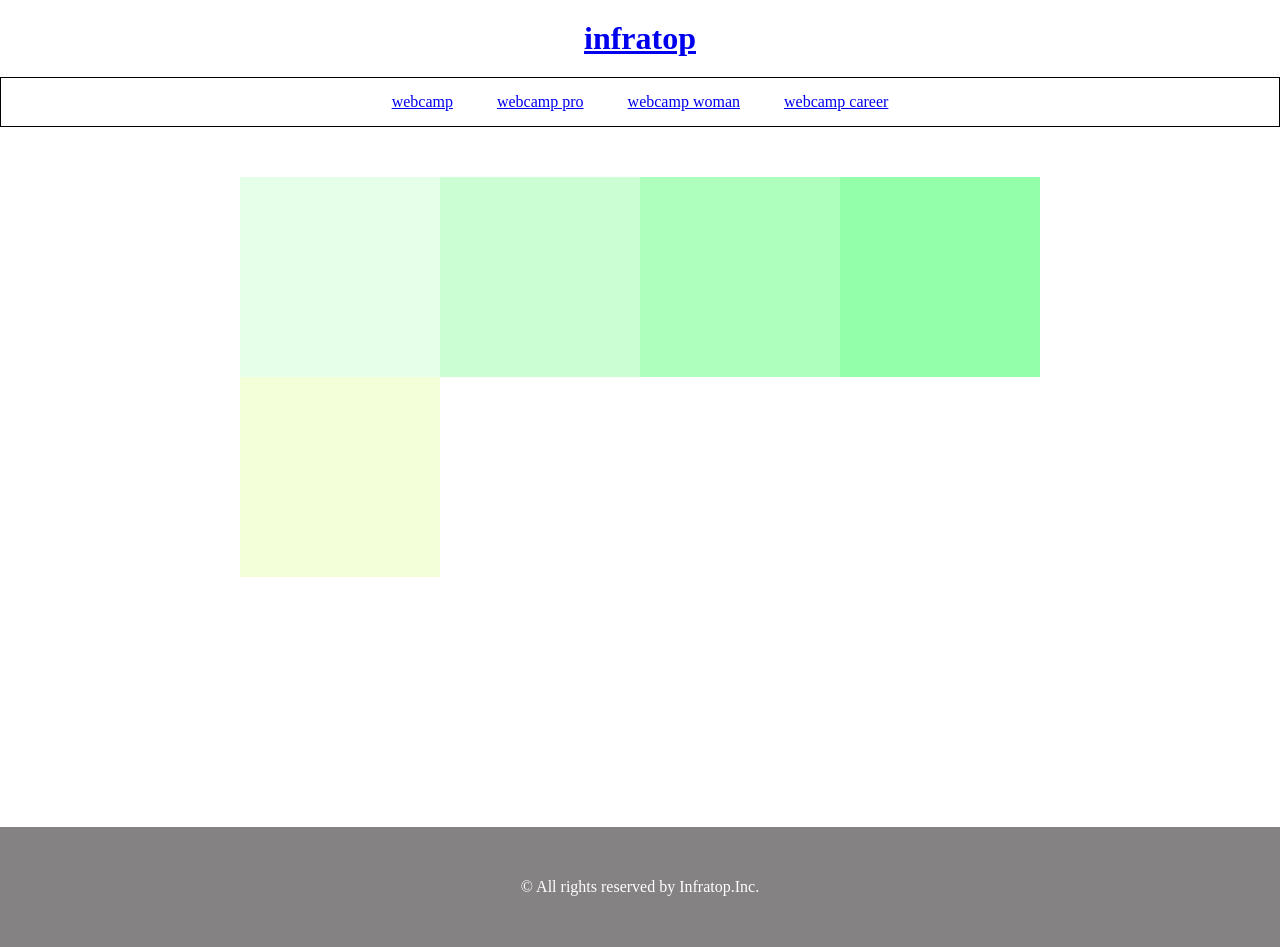
Repository: menyuu/test-html-CSS-practice
Page: exercise/chapter5_exercise.html
The author's editor kept a record of every edit. The page is drawn from the files as they stood at one moment, then again after the next edit.
The browser window is 1280 px wide. The pictures show the whole page.

Above is the page before.

### exercise/chapter5_exercise.html
<!DOCTYPE html>
<html lang="ja">
<head>
  <meta charset="UTF-8">
  <title>Document</title>
  <link rel="stylesheet" href="style5.css" type="text/css" />
</head>
<body>
  <header class="header-logo">
    <h1>
      <a href="#">infratop</a>
    </h1>
  </header>

  <nav>
    <ul class="list-items">
      <li class="list-item">
        <a href="#">webcamp</a>
      </li>
      <li class="list-item">
        <a href="#">webcamp pro</a>
      </li>
      <li class="list-item">
        <a href="#">webcamp woman</a>
      </li>
      <li class="list-item">
        <a href="#">webcamp career</a>
      </li>
    </ul>
  </nav>

  <main>
    <div class="main-content">
      <div class="main-box item1"></div>
      <div class="main-box item2"></div>
      <div class="main-box item3"></div>
      <div class="main-box item4"></div>
      <div class="main-box item5"></div>
      <div class="main-box item6"></div>
      <div class="main-box item7"></div>
      <div class="main-box item8"></div>
      <div class="main-box item9"></div>
      <div class="main-box item10"></div>
      <div class="main-box item11"></div>
      <div class="main-box item12"></div>
    </div>
  </main>

  <footer>
    <p class="footer-text">© All rights reserved by Infratop.Inc.</p>
  </footer>
</body>
</html>

### exercise/style5.css
* {
  margin: 0;
  padding: 0;
  box-sizing: border-box;
}

header {
  margin: 20px 0;
  text-align: center;
}

nav {
  width: 100%;
}

.list-items {
  text-align: center;
  border: 1px solid black;
}

.list-item {
  display: inline-block;
  margin: 15px 20px;
}

main {
  margin: 50px 0;
}

.main-content {
  width: 800px;
  text-align: center;
  display: flex;
  justify-content: center;
  flex-wrap: wrap;
  margin: 0 auto;
}

.main-box {
  width: 200px;
  height: 200px;
}

.item1 {
  background-color: #e6ffe9;
}

.item2 {
  background-color: #cbffd3;
}

.item3 {
  background-color: #aeffbd;
}

.item4 {
  background-color: #93ffab;
}
.item5 {
  background-color: #f3ffd8;
}
.item {
  background-color: ;
}
.item {
  background-color: ;
}
.item {
  background-color: ;
}
.item {
  background-color: ;
}
.item {
  background-color: ;
}
.item {
  background-color: ;
}
.item {
  background-color: ;
}

footer {
 width: 100%;
 height: 120px;
 text-align: center;
 line-height: 120px;
 background-color: #848282;
}

.footer-text {
 color: #fff;
}

After the next edit:
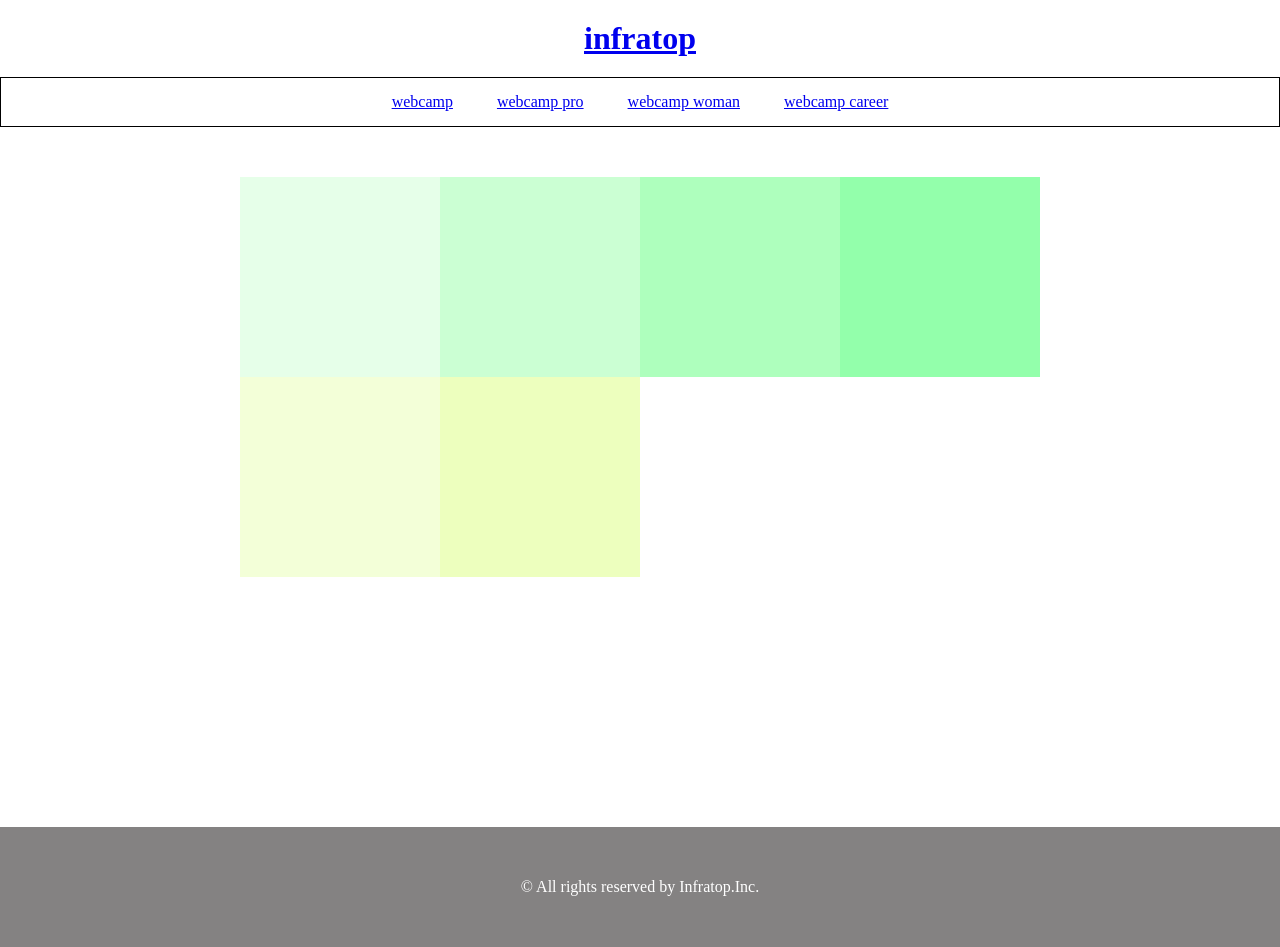
The edit:
--- a/exercise/style5.css
+++ b/exercise/style5.css
@@ -59,8 +59,8 @@
 .item5 {
   background-color: #f3ffd8;
 }
-.item {
-  background-color: ;
+.item6 {
+  background-color: #edffbe;
 }
 .item {
   background-color: ;
